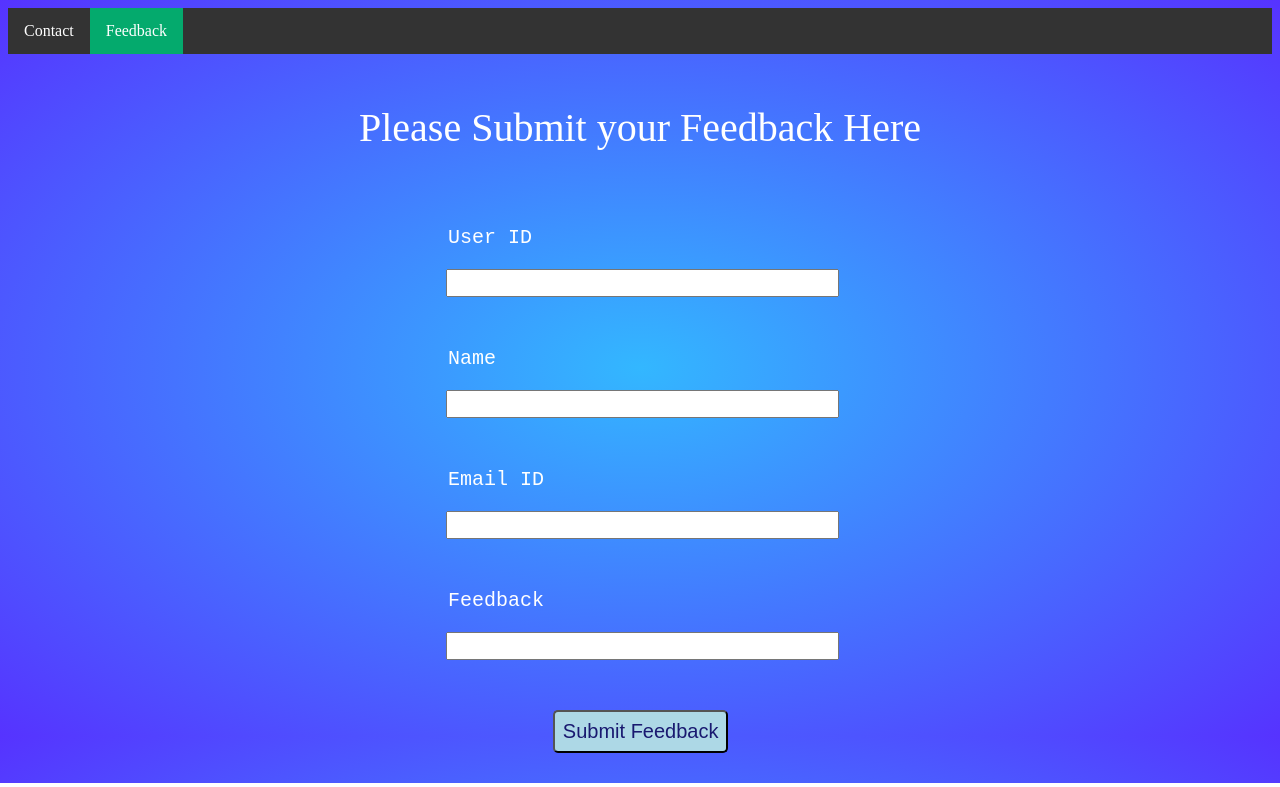
Repository: ShreyasG27/Amdocs-Training
Page: http://localhost/e-learning-frontend/feedback.jsp
The author's editor kept a copy of each file at every save. The page is drawn from the files as they stood at one save, then again after the next save.
The browser window is 1280 px wide. The pictures show the whole page.
The page is served by Tomcat 9.

Above is the page before, as saved 2021-08-22 16:30:40.

After the next save:
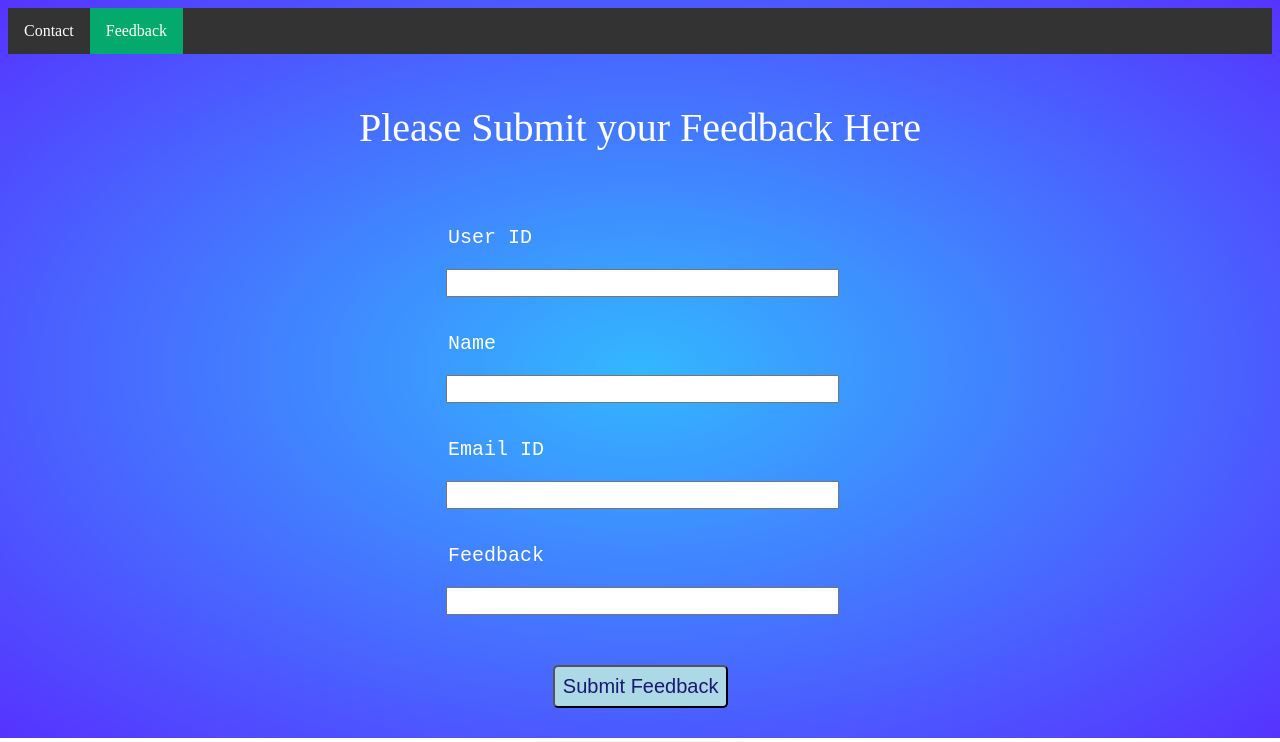
Saved 24 min 49 s later.
--- a/e-learning-frontend/src/main/webapp/feedback.jsp
+++ b/e-learning-frontend/src/main/webapp/feedback.jsp
@@ -96,9 +96,9 @@ li a:hover:not(.active) {
 
 <form action="feedback" method="POST">
     <pre>
-    <p class="txtfld">User ID</p> <input class="inputfld" type="number" name="userid"><br>
-    <p class="txtfld">Name</p> <input class="inputfld" type="text" name="name"><br>
-    <p class="txtfld">Email ID</p> <input class="inputfld" type="email" name="email"><br>
+    <p class="txtfld">User ID</p> <input class="inputfld" type="number" name="userid">
+    <p class="txtfld">Name</p> <input class="inputfld" type="text" name="name">
+    <p class="txtfld">Email ID</p> <input class="inputfld" type="email" name="email">
     <p class="txtfld">Feedback</p> <input class="inputfld" type="text" name="feedbackmsg"><br>
 
                 <input class="submitbutton" type="submit" value="Submit Feedback"><br>
